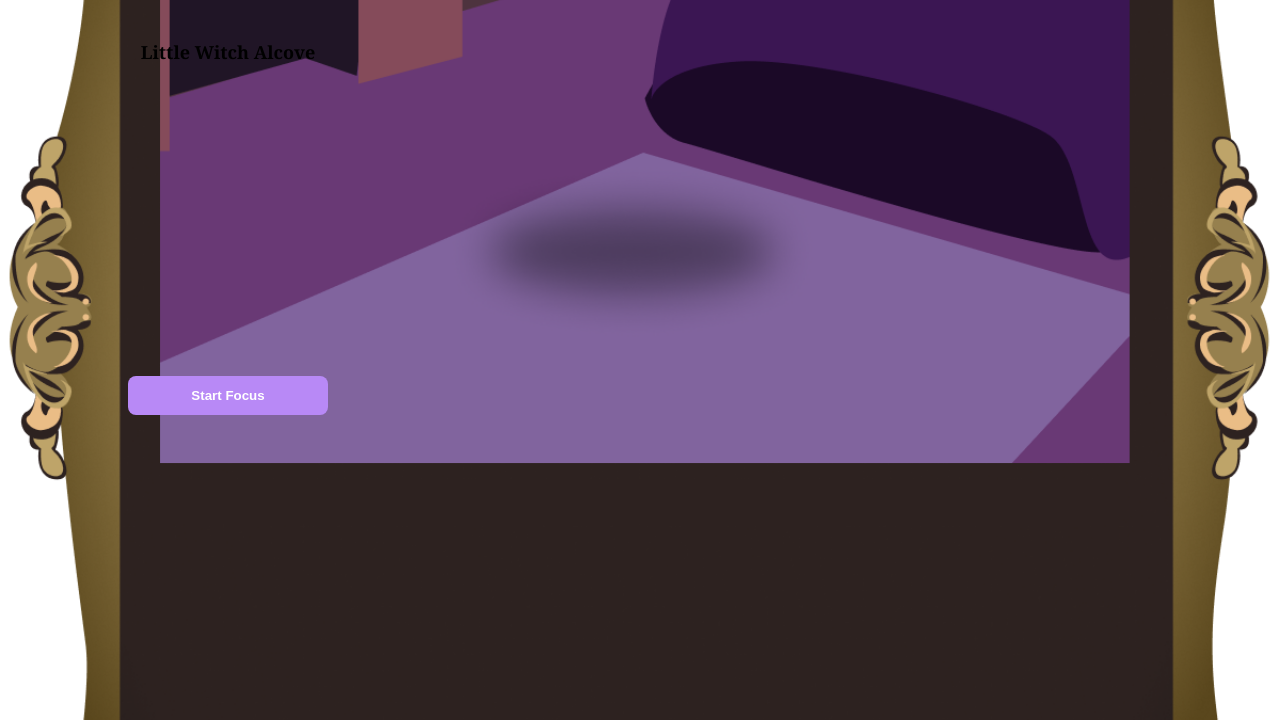
Repository: zhangolivia7/Little-Witch-Alcove
Page: popup.html
The author's editor kept a copy of each file at every save. The page is drawn from the files as they stood at one save, then again after the next save.
The browser window is 1280 px wide. The pictures show the whole page.

Above is the page before, as saved 2025-11-15 15:36:36.

### popup.html
<!DOCTYPE html>
<html>
  <head>
    <title>Little Witch Alcove</title>
    <link rel="stylesheet" href="popup.css">
  </head>
  <body>
    <h1>Little Witch Alcove</h1>
    <button id="focus-btn">Start Focus</button>

    <script src="popup.js"></script>
  </body>
</html>

### popup.css
body {
    width: 400px;
    height: 550px;
    background: url("Assets/No UI.png") no-repeat center center;
    background-size: cover;
    padding: 20px;
    font-family: "Georgia", serif;
  }

  h1 {
    font-size: 18px;
    text-align: center;
  }

  #focus-btn {
    width: 50%;
    margin-left: 25%;
    margin-top: 300px;
    padding: 12px;
    border-radius: 8px;
    background: #b889f6;
    color: white;
    font-weight: bold;
    border: none;
    cursor: pointer;
  }

### popup.js
document.getElementById("focus-btn").addEventListener("click", () => {
    alert("Hex of Concentration activated! 🔮");
  });

After the next save:
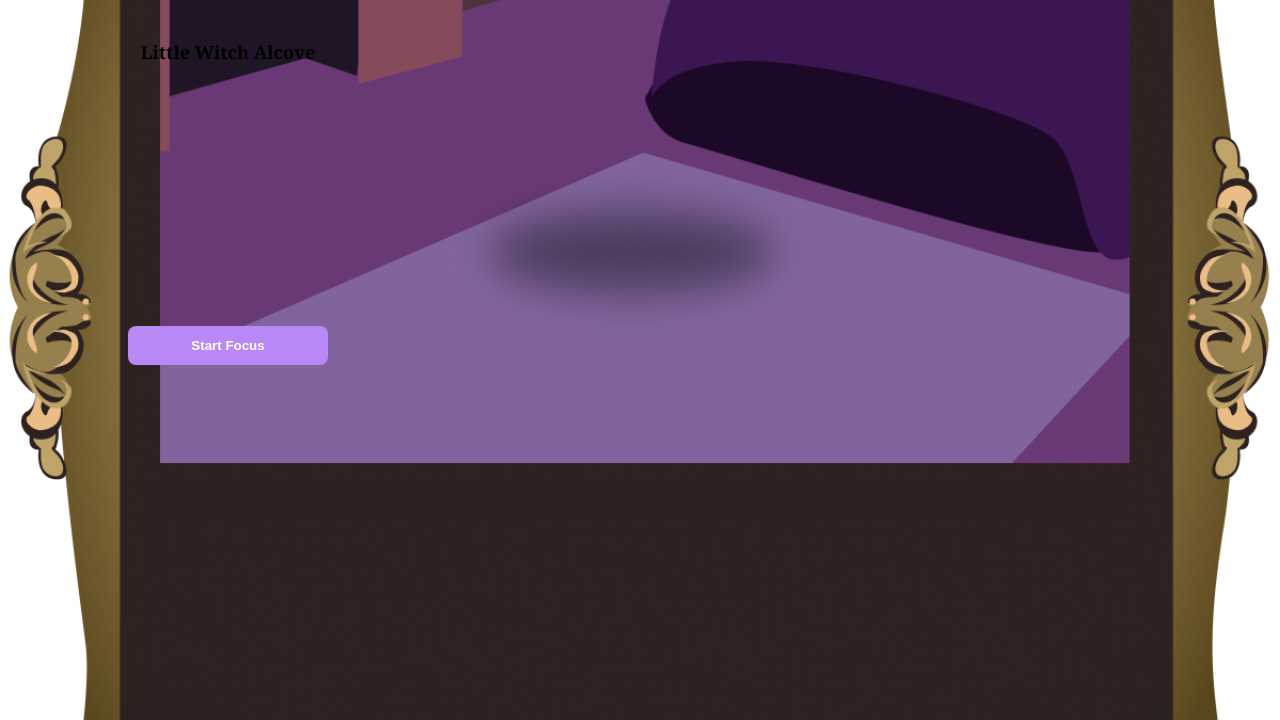
Saved 21 s later.
--- a/popup.css
+++ b/popup.css
@@ -15,7 +15,7 @@ body {
   #focus-btn {
     width: 50%;
     margin-left: 25%;
-    margin-top: 300px;
+    margin-top: 250px;
     padding: 12px;
     border-radius: 8px;
     background: #b889f6;
